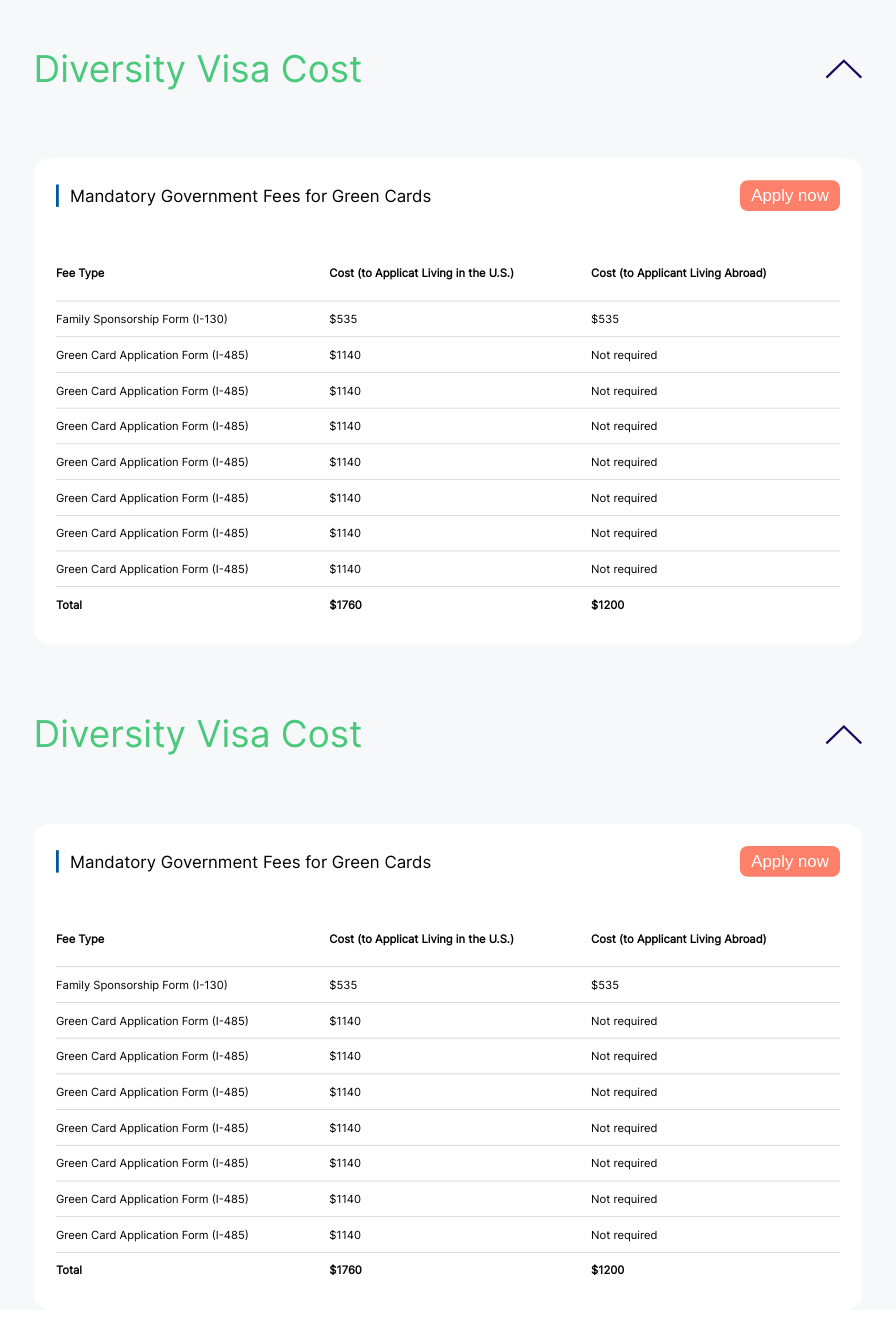
Repository: switch247/small_ui
Page: /
An editor plug-in stored every save of this project. The page is shown before and after the next save, followed by the edit.
The browser window is 1280 px wide. The pictures show the part of the page from y = 1961 to 3881 px (the page is 3881 px tall before and 2299 px after), at 70% of full size.
The project was rebuilt for these pictures with package versions that can differ from the ones it lists, and the page was loaded fresh each time.

Above is the page before, as saved 2023-10-12 17:30:31.

### src/index.css
@font-face {
  font-family: Inter;
  src: url("./assets/fonts/Inter-Regular.ttf");
}

body {
  margin: 0;
  font-family: Inter;
}

code {
  font-family: source-code-pro, Menlo, Monaco, Consolas, "Courier New",
    monospace;
}

:root {
  --Verde: #4ac97d;
  --Dark_Blue: #1f3655;
  --Darker_Blue: #011527;
  --Cinza_Cairo: #e8e7e7;
  --Cinza_Cairo_2: #cdcbcb;
  --Azul_Escuro: #01264a;
  --Orange: #fd806b;
}

### src/App.tsx
import React from "react";
import "./App.css";
import Home from "./components/Home";
import TableView from "./components/Table";
import Description from "./components/Description";

function App() {
  return (
    <div className="App">
      <Home />
      <Description />
    </div>
  );
}

export default App;

### src/App.css
html {
  position: relative;
}

.App {
  height: 100%;
}

### src/components/Home.tsx
import React from "react";
import BorderdButton from "../elements/BorderdButton";
import "../css/components/Home.css";
import GreenCard from "./GreenCard";
import NumberCard from "../elements/NumberCard";

const Home = () => {
  return (
    <>
      <div className="app__background"></div>
      <main className="main">
        <header className="app__header">
          <img className="gov_assist_logo" src="/images/Govassist.png" alt="" />
          <BorderdButton text="Live Chat" color="white" />
        </header>
        <div className="main__container">
          <div className="main__left__contianer">
            <div className="main__left__title">
              Win the right to live{" "}
              <span style={{ color: "white" }}>
                {" "}
                <br /> in the USA!
              </span>
            </div>
            <div className="main__left__small_container">
              <div className="edge"></div>
              <div className="main__left__desc">
                The official deadline <br />
                is running, so hurry <br />
                up and{" "}
                <span
                  style={{ textDecoration: "underline", cursor: "pointer" }}
                >
                  apply here!
                </span>
              </div>
              <div className="number__list__container">
                <div>
                  <NumberCard number={27} desc="DAYS" />
                </div>
                <div>
                  <NumberCard number={24} desc="HOURS" />
                </div>
                <div>
                  <NumberCard number={60} desc="MINUTES" />
                </div>
                <div>
                  <NumberCard number={27} desc="SECONDS" />
                </div>
              </div>
            </div>
            <div className="main__left__lists">
              <div className="list">
                <img
                  className="list__img"
                  src="/images/🦆 icon _people_.svg"
                  alt=""
                />
                <div className="list__desc">
                  50,000 people and their families will Live, Work and Study in
                  USA.
                </div>
              </div>
              <div className="list">
                <img
                  className="list__img"
                  src="/images/🦆 icon _medal star_.svg"
                  alt=""
                />
                <div className="list__desc">
                  OFFICIAL USA Governmental program.
                </div>
              </div>
              <div className="list">
                <img
                  className="list__img"
                  src="/images/🦆 icon _wallet check_.svg"
                  alt=""
                />
                <div className="list__desc">
                  Your chance to LIVE, WORK & STUDY in USA.
                </div>
              </div>
              <div className="list">
                <img
                  className="list__img"
                  src="/images/🦆 icon _clock_.svg"
                  alt=""
                />
                <div className="list__desc">
                  Simple registration within 5 minutes.
                </div>
              </div>
              <div className="list">
                <img
                  className="list__img"
                  src="/images/🦆 icon _message_.svg"
                  alt=""
                />
                <div className="list__desc">
                  Personal support in every step.
                </div>
              </div>
              <div className="list">
                <img
                  className="list__img"
                  src="/images/🦆 icon _lovely_.svg"
                  alt=""
                />
                <div className="list__desc">
                  Double chance for married people to win the Green Card.
                </div>
              </div>
            </div>
          </div>
          <div className="main__right__contianer">
            <GreenCard />
          </div>
        </div>
      </main>
    </>
  );
};

export default Home;

### src/components/Description.tsx
import { useState } from "react";
import TableView from "./Table";
import "../css/components/Description.css";

const Description = () => {
  const [dropDownState, setDropDownState] = useState(true);
  let img_src = dropDownState ? "/images/up.svg" : "/images/down.svg";
  return (
    <div className="description__container">
      <div className="description__title_img">
        <img src="/images/🦆 icon _document text_.svg" alt="" />
        <div className="description__title">Find the right visa for you!</div>
      </div>
      <div className="description__dropdowns">
        <div className="dropdown">
          <div
            className="dropdown__clickable"
            onClick={() => {
              setDropDownState((dropDownState) => !dropDownState);
            }}
          >
            <div className="dropdown__title">Diversity Visa Cost</div>
            <img className="dropdown__img" src={img_src} alt="" />
          </div>
          {dropDownState ? <TableView /> : null}
        </div>
        <div className="dropdown">
          <div className="dropdown__clickable">
            <div className="dropdown__title">Diversity Visa Cost</div>
            <img className="dropdown__img" src={img_src} alt="" />
          </div>
          {dropDownState ? <TableView /> : null}
        </div>
        <div className="dropdown">
          <div className="dropdown__clickable">
            <div className="dropdown__title">Diversity Visa Cost</div>
            <img className="dropdown__img" src={img_src} alt="" />
          </div>
          {dropDownState ? <TableView /> : null}
        </div>
      </div>
    </div>
  );
};

export default Description;

### src/elements/BorderdButton.tsx
import React from "react";
import "../css/elements/elements.css";

interface Props {
  borderColor?: string;
  text: string;
  color?: string;
  fontSize?: number;
}
const BorderdButton: React.FC<Props> = ({
  text,
  color,
  borderColor,
  fontSize,
}) => {
  return (
    <button
      className="borderd__button"
      style={{ color: color, borderColor: borderColor, fontSize: fontSize }}
    >
      {text}
    </button>
  );
};

export default BorderdButton;

### src/css/components/Home.css
html {
  position: relative;
  font-family: Inter;
}

.App {
  height: 100%;
}

.app__background {
  position: absolute;
  top: 0;
  left: 0;
  z-index: -9;
  background: url("../../../public/images/background.gif");
  background-repeat: no-repeat;
  background-size: cover;
  background-clip: border-box;
  width: 100%;
  height: 100vh;
}

.app__header {
  display: flex;
  background-color: var(--Dark_Blue);
  justify-content: space-between;
  align-items: center;
  padding: 0.5rem 2rem;
  margin: 2rem 3rem;
  border-top-right-radius: 0.7rem;
  border-bottom-right-radius: 0.7rem;
  border-top-left-radius: 0.7rem;
  border-bottom-left-radius: 0.7rem;
}
.gov_assist_logo {
  width: 10rem;
  aspect-ratio: 2/1;
}

.main__container {
  /* width: 100%; */
  display: flex;
  /* gap: 2rem; */
  margin: 3rem;
  justify-content: space-between;
}

.main__left__contianer {
  display: flex;
  flex-direction: column;
  gap: 2rem;
  flex: 1;
}
.main__left__title {
  font-size: 4rem;
  font-style: normal;
  font-weight: 700;
  color: var(--Verde);
}
.main__left__small_container {
  display: flex;
  justify-content: flex-start;
  align-items: center;
  gap: 1rem;
}
.edge {
  width: 5px;
  height: 4.5rem;
  background-color: #d9d9d9;
}
.number__list__container {
  display: flex;
  gap: 0.5rem;
}
.main__left__desc {
  font-size: 1.5rem;
  font-weight: 500;
  color: white;
}
.main__left__lists {
  display: flex;
  flex-direction: column;
  gap: 1rem;
}
.list {
  display: flex;
  gap: 1rem;
}
.list__img {
  width: 1.4rem;
  aspect-ratio: 1/1;
}
.list__desc {
  color: white;
}
.main__right__contianer {
  flex: 1;
  display: flex;
  justify-content: flex-end;
}

### src/components/GreenCard.tsx
import CustomInput from "../elements/CustomInput";
import "../css/components/GreenCard.css";
import CurvedButton from "../elements/CurvedButton";

const GreenCard = () => {
  return (
    <div className="card__container">
      <div className="small__title">
        <img className="arrow_image" src="/images/right_arrow.svg" alt="" />
        <div className="small_title_1">Check now for free</div>
      </div>
      <div className="main__title">Green card eligibility</div>
      <div className="card__name">
        <CustomInput placeholder="First Name" />
        <CustomInput placeholder="Last Name" />
      </div>
      <div className="card__email">
        <CustomInput placeholder="Email Address" />
        <CustomInput placeholder="Your email" />
      </div>
      <div className="card__country">
        <CustomInput placeholder="Your country of birth" />
      </div>

      <div className="card__marital">
        <CustomInput placeholder="Marital status" />
      </div>
      <div className="card_check">
        <input className="checkbox" type="checkbox" />
        <div>Yes, I finished high school OR I have qualifying training.</div>
      </div>
      <div className="card__continue">
        <CurvedButton
          text="Continue"
          color="white"
          backgroundColor="##4AC97D"
          fontSize={20}
        />
      </div>
    </div>
  );
};

export default GreenCard;

### src/elements/NumberCard.tsx
import React from "react";

interface Props {
  number: number;
  desc: string;
}
const NumberCard: React.FC<Props> = ({ number, desc }) => {
  return (
    <div className="number__container">
      <div className="number">{number}</div>
      <div className="desc">{desc}</div>
    </div>
  );
};

export default NumberCard;

### src/components/Table.tsx
import React from "react";
import "../css/components/Table.css";
import CurvedButton from "../elements/CurvedButton";

interface Props {}

const TableView: React.FC<Props> = () => {
  return (
    <div className="tableview__container">
      <div className="tableview__header">
        <div className="left__coint"></div>
        <div className="tableview__title">
          Mandatory Government Fees for Green Cards
        </div>
        <div className="tableview__curved__btn">
          <CurvedButton
            text="Apply now"
            color="white"
            backgroundColor="#fd806b"
            fontSize={24}
          />
        </div>
      </div>
      <table>
        <thead>
          <tr>
            <th>Fee Type</th>
            <th>Cost (to Applicat Living in the U.S.)</th>
            <th>Cost (to Applicant Living Abroad)</th>
          </tr>
        </thead>
        <tbody>
          <tr>
            <td>Family Sponsorship Form (I-130)</td>
            <td>$535</td>
            <td>$535</td>
          </tr>
          <tr>
            <td>Green Card Application Form (I-485)</td>
            <td>$1140</td>
            <td>Not required</td>
          </tr>
          <tr>
            <td>Green Card Application Form (I-485)</td>
            <td>$1140</td>
            <td>Not required</td>
          </tr>
          <tr>
            <td>Green Card Application Form (I-485)</td>
            <td>$1140</td>
            <td>Not required</td>
          </tr>
          <tr>
            <td>Green Card Application Form (I-485)</td>
            <td>$1140</td>
            <td>Not required</td>
          </tr>
          <tr>
            <td>Green Card Application Form (I-485)</td>
            <td>$1140</td>
            <td>Not required</td>
          </tr>
          <tr>
            <td>Green Card Application Form (I-485)</td>
            <td>$1140</td>
            <td>Not required</td>
          </tr>
          <tr>
            <td>Green Card Application Form (I-485)</td>
            <td>$1140</td>
            <td>Not required</td>
          </tr>
          <tr>
            <td className="footer">Total</td>
            <td className="footer">$1760</td>
            <td className="footer">$1200</td>
          </tr>
        </tbody>
      </table>
    </div>
  );
};

export default TableView;

### src/css/components/Description.css
.description__container {
  background-color: #f7f8f9;
}
.dropdown__img {
  width: 3.3rem;
}
.dropdown__title {
  font-size: 3.3rem;
  color: #4ac97d;
}
.dropdown__clickable {
  display: flex;
  align-items: center;
  justify-content: space-between;
  padding: 3rem;
}

.description__title_img {
  display: flex;
  align-items: center;
  justify-content: start;
  gap: 1rem;
  padding: 3rem;
}

### src/css/elements/elements.css
.curved__button {
  background-color: var(--Verde);
  outline: none;
  border: none;
  border-top-right-radius: 0.7rem;
  border-bottom-right-radius: 0.7rem;
  border-top-left-radius: 0.7rem;
  border-bottom-left-radius: 0.7rem;
  padding: 0.5rem 1rem;
  transition: all 200ms linear;
  cursor: pointer;
  flex: 1;
}

.curved__button:hover {
  background-color: var(--Verde);
}

.borderd__button {
  outline: none;
  border: 2px solid var(--Cinza_Cairo);
  border-top-right-radius: 0.3rem;
  border-bottom-right-radius: 0.3rem;
  border-top-left-radius: 0.3rem;
  border-bottom-left-radius: 0.3rem;
  padding: 0.7rem 1.2rem;
  transition: all 200ms linear;
  cursor: pointer;
  background-color: rgba(255, 255, 255, 0);
}

.custom_input {
  border: none;
  border-top-right-radius: 0.5rem;
  border-bottom-right-radius: 0.5rem;
  border-top-left-radius: 0.5rem;
  border-bottom-left-radius: 0.5rem;
  font-style: italic;
  padding: 0.7rem 0.7rem;
  background-color: var(--Cinza_Cairo);
  flex: 1;
  font-size: 1.2rem;
}
.custom_input:focus {
  outline: none;
}

.custom_input::placeholder {
  font-style: italic;
  color: var(--Cinza_Cairo_2);
  font-weight: 200;
  font-family: Inter;
}

.number__container {
  width: fit-content;
  display: flex;
  flex-direction: column;
  align-items: center;
  padding: 0.5rem 1rem;
  border-top-right-radius: 0.7rem;
  border-bottom-right-radius: 0.7rem;
  border-top-left-radius: 0.7rem;
  border-bottom-left-radius: 0.7rem;
  background-color: #080f1a;
}
.number {
  font-size: 2rem;
  font-weight: 800;
  color: white;
}
.desc {
  font-size: 0.7rem;
  font-weight: 300;
  color: #a5deff;
}

### src/elements/CustomInput.tsx
import React from "react";
import "../css/elements/elements.css";

interface Props {
  placeholder?: string;
  color?: string;
  placholderColor?: string;
  fontSize?: number;
}
const CustomInput: React.FC<Props> = ({
  color,
  placeholder,
  placholderColor,
}) => {
  return (
    <input
      className="custom_input"
      type="text"
      placeholder={placeholder}
      color={color}
    />
  );
};

export default CustomInput;

### src/css/components/GreenCard.css
.card__container {
  /* width: 40%; */
  width: fit-content;
  background-color: white;
  padding: 2.2rem;
  display: flex;
  flex-direction: column;
  align-items: center;
  justify-content: center;
  gap: 1.5rem;
  border-radius: 50px;
}
.small__title {
  display: flex;
  align-self: start;
  align-items: center;
  gap: 1rem;
  color: var(--Verde);
  font-weight: 600;
  font-size: 1.2rem;
}
.arrow_image {
  width: 1.4rem;
  aspect-ratio: 1/1;
}
.small_title_1 {
}
.checkbox {
  border: 4px solid black;
  border-radius: 4px;
}
.main__title {
  font-size: 48px;
  font-weight: 700;
}
.card__name {
  display: flex;
  width: 100%;
  gap: 0.5rem;
  justify-content: space-between;
}
.card__email {
  display: flex;
  width: 100%;
  gap: 0.5rem;
  justify-content: space-between;
}
.card__country {
  width: 100%;
  display: flex;
}

.card__marital {
  width: 100%;
  display: flex;
}

.card_check {
  align-self: flex-start;
  display: flex;
  gap: 1rem;
}
.card__continue {
  width: 100%;
  display: flex;
}

### src/elements/CurvedButton.tsx
import React from "react";
import "../css/elements/elements.css";

interface Props {
  backgroundColor?: string;
  text: string;
  color?: string;
  fontSize?: number;
}
const CurvedButton: React.FC<Props> = ({
  backgroundColor,
  color,
  text,
  fontSize,
}) => {
  return (
    <button
      className="curved__button"
      style={{
        backgroundColor: backgroundColor,
        color: color,
        fontSize: fontSize,
      }}
    >
      {text}
    </button>
  );
};

export default CurvedButton;

### src/css/components/Table.css
.tableview__container {
  /* width: 100%; */
  margin: 3rem;
  padding: 2rem;
  background-color: white;
  border-top-right-radius: 1.5rem;
  border-bottom-right-radius: 1.5rem;
  border-top-left-radius: 1.5rem;
  border-bottom-left-radius: 1.5rem;
}
.tableview__header {
  display: flex;
  justify-content: flex-start;
  align-items: center;
  gap: 1rem;
  margin-bottom: 3rem;
}
.tableview__title {
  flex-grow: 1;
  font-size: 1.5rem;
}
.tableview__curved__btn {
  align-self: flex-end;
}
.left__coint {
  width: 4px;
  height: 2rem;
  background-color: #00579b;
}
table {
  border-collapse: collapse;
  width: 100%;
}
th {
  align-self: flex-start;
}
th,
td {
  text-align: start;
}

th {
  padding: 30px 0px;
}
td {
  padding: 15px 0px;
}
table td {
  border-top: 1px solid #ccc;
  margin: 1rem;
}

.footer {
  /* padding: 30px 0px; */
  font-weight: bold;
}

Loaded but not shown: public/index.html (common file); src/index.tsx (common file)

After the next save:
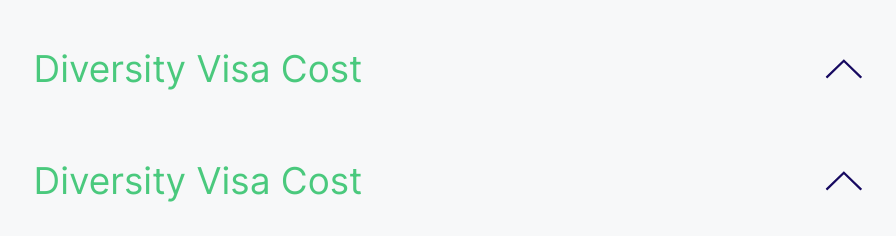
Saved 15 s later.
--- a/src/components/Description.tsx
+++ b/src/components/Description.tsx
@@ -29,14 +29,12 @@
             <div className="dropdown__title">Diversity Visa Cost</div>
             <img className="dropdown__img" src={img_src} alt="" />
           </div>
-          {dropDownState ? <TableView /> : null}
         </div>
         <div className="dropdown">
           <div className="dropdown__clickable">
             <div className="dropdown__title">Diversity Visa Cost</div>
             <img className="dropdown__img" src={img_src} alt="" />
           </div>
-          {dropDownState ? <TableView /> : null}
         </div>
       </div>
     </div>
